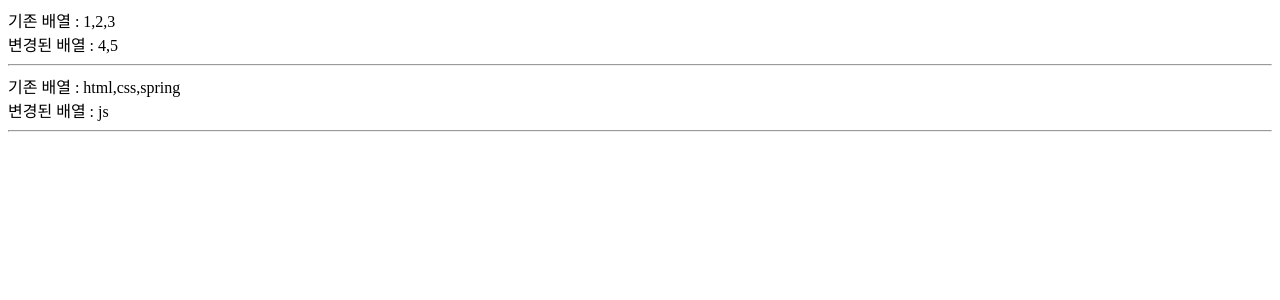
Repository: shinsil0601/webstudy
Page: 03_JavaScript/src/main/webapp/day02/ex02_Array.html
These files come from the project's save history. The page is drawn as it stood at one moment and after the next save; the edit follows.
The browser window is 1280 px wide. The pictures show the whole page.

Above is the page before, as saved 2023-06-28 02:04:49.

### 03_JavaScript/src/main/webapp/day02/ex02_Array.html
<!DOCTYPE html>
<html>
<head>
<meta charset="UTF-8">
<title>Array</title>
<script type="text/javascript">
	var arr = [1,2,3,4,5];
	// splice(index) : index 기준으로 나뉜다.
	// arr의 index 1부터 끝까지 삭제, 삭제된 요소들이 res에 저장
	var res = arr.splice(3);
	document.write("기존 배열 : "+ arr +"<br>");
	document.write("변경된 배열 : "+ res +"<br>");
	document.write("<hr>");

	var arr2 = ["html","css","js","spring"];
	// splice(index,갯수);
	// arr2의 index 2부터 1개 삭제, 삭제된 요소들이 res2에 저장
	var res2 = arr2.splice(2,1);
	document.write("기존 배열 : "+ arr2 +"<br>");
	document.write("변경된 배열 : "+ res2 +"<br>");
	document.write("<hr>");
</script>
</head>
<body>

</body>
</html>

After the next save:
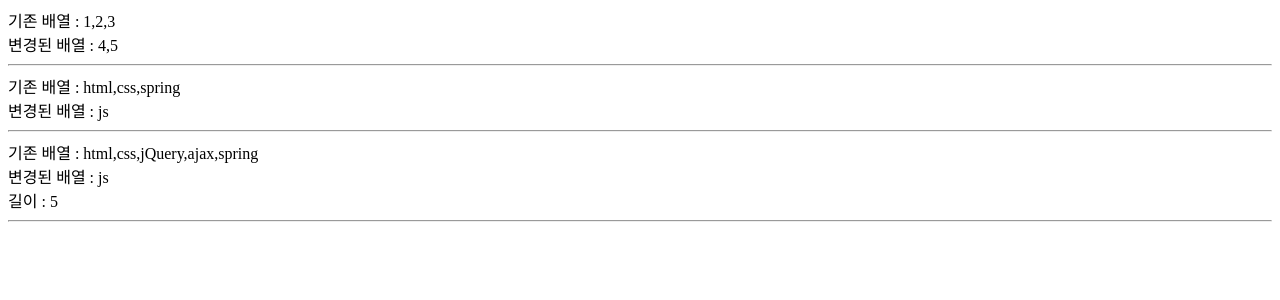
Saved 2 s later.
--- a/03_JavaScript/src/main/webapp/day02/ex02_Array.html
+++ b/03_JavaScript/src/main/webapp/day02/ex02_Array.html
@@ -19,6 +19,15 @@
 	document.write("기존 배열 : "+ arr2 +"<br>");
 	document.write("변경된 배열 : "+ res2 +"<br>");
 	document.write("<hr>");
+
+	var arr3 = ["html","css","js","spring"];
+	// splice(index,갯수,새로들어갈 요소);
+	// arr3의 index 2부터 1개 삭제,"새로운요소"추가- 삭제,추가된 요소들이 res3에 저장
+	var res3 = arr3.splice(2,1,"jQuery","ajax");
+	document.write("기존 배열 : "+ arr3 +"<br>");
+	document.write("변경된 배열 : "+ res3 +"<br>");
+	document.write("길이 : "+ arr3.length);
+	document.write("<hr>");
 </script>
 </head>
 <body>
